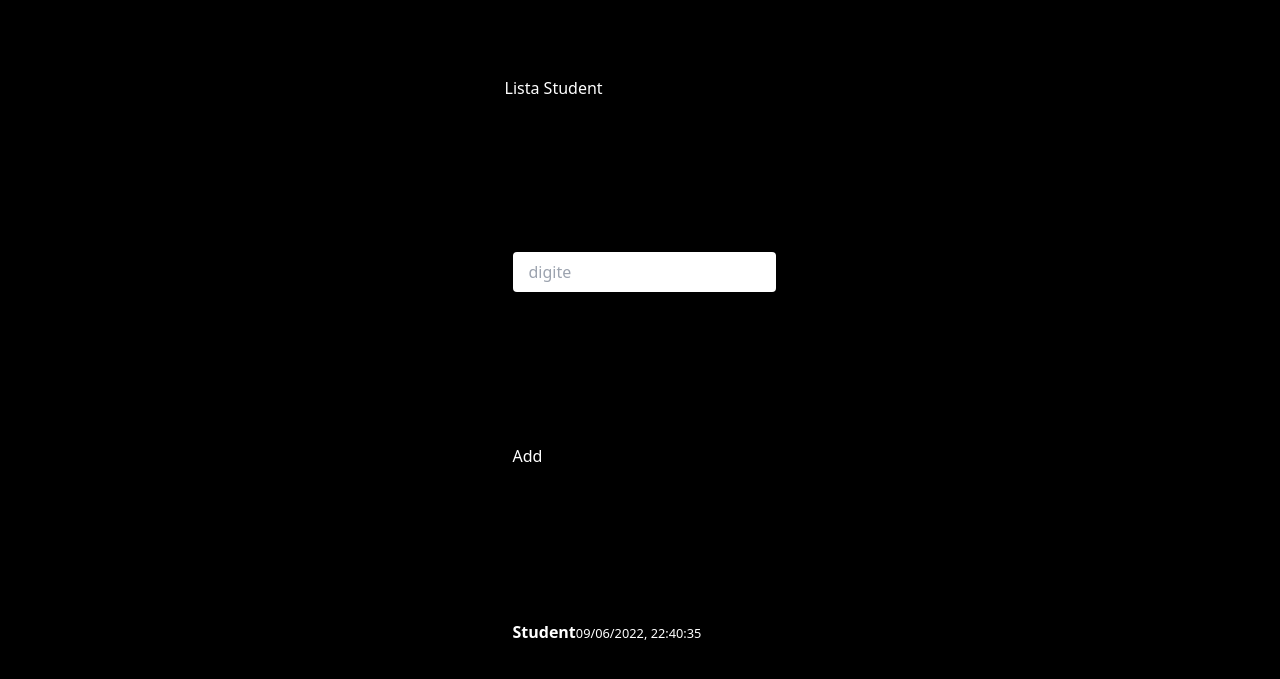
Repository: LuisSempre/FundamentosReact
Page: /, after clicking the first element matching `butto`
An editor plug-in stored every save of this project. The page is shown before and after the next save, followed by the edit.
The browser window is 1280 px wide. The pictures show the whole page.
The project was rebuilt for these pictures with package versions that can differ from the ones it lists, and the page was loaded fresh each time. Also part of the build but not shown: vite.config.js.

Above is the page before, as saved 2022-06-28 18:12:02.

After the next save:
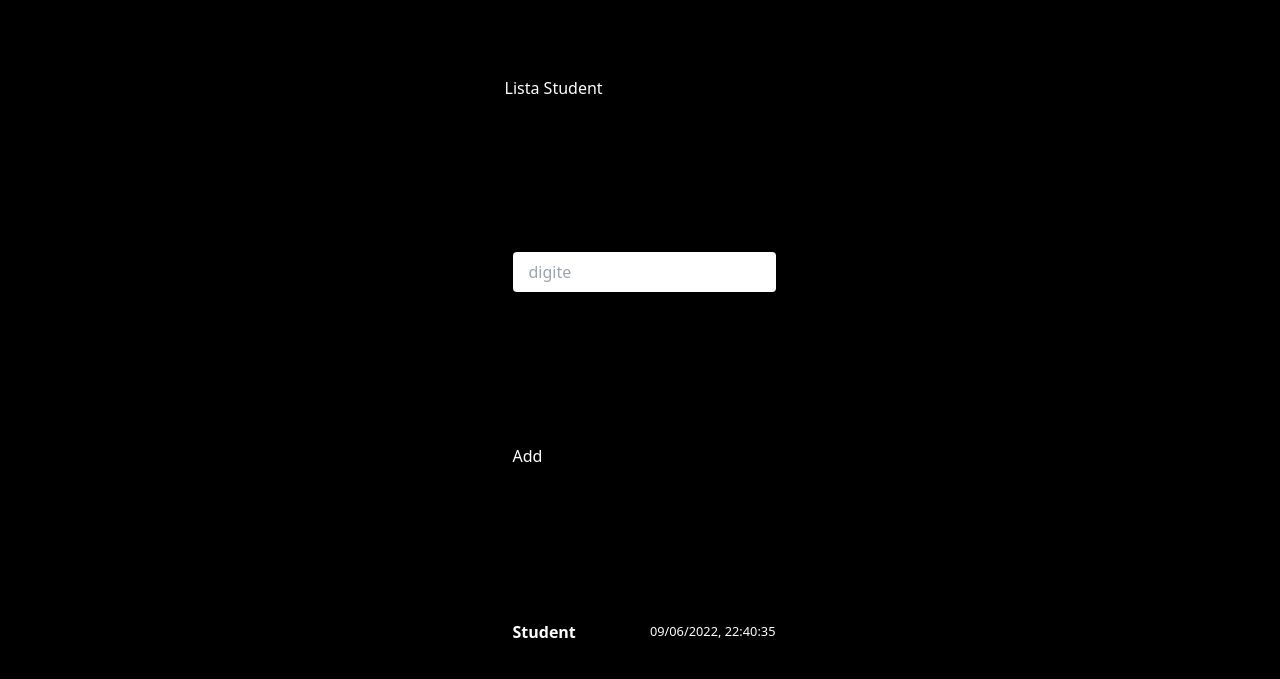
Saved 88 s later.
--- a/src/components/Card.jsx
+++ b/src/components/Card.jsx
@@ -1,6 +1,6 @@
 export function Card(props) {
   return (
-    <div>
+    <div className="flex items-center justify-between">
       <strong>{props.name}</strong>
       <small>{props.time}</small>
     </div>
